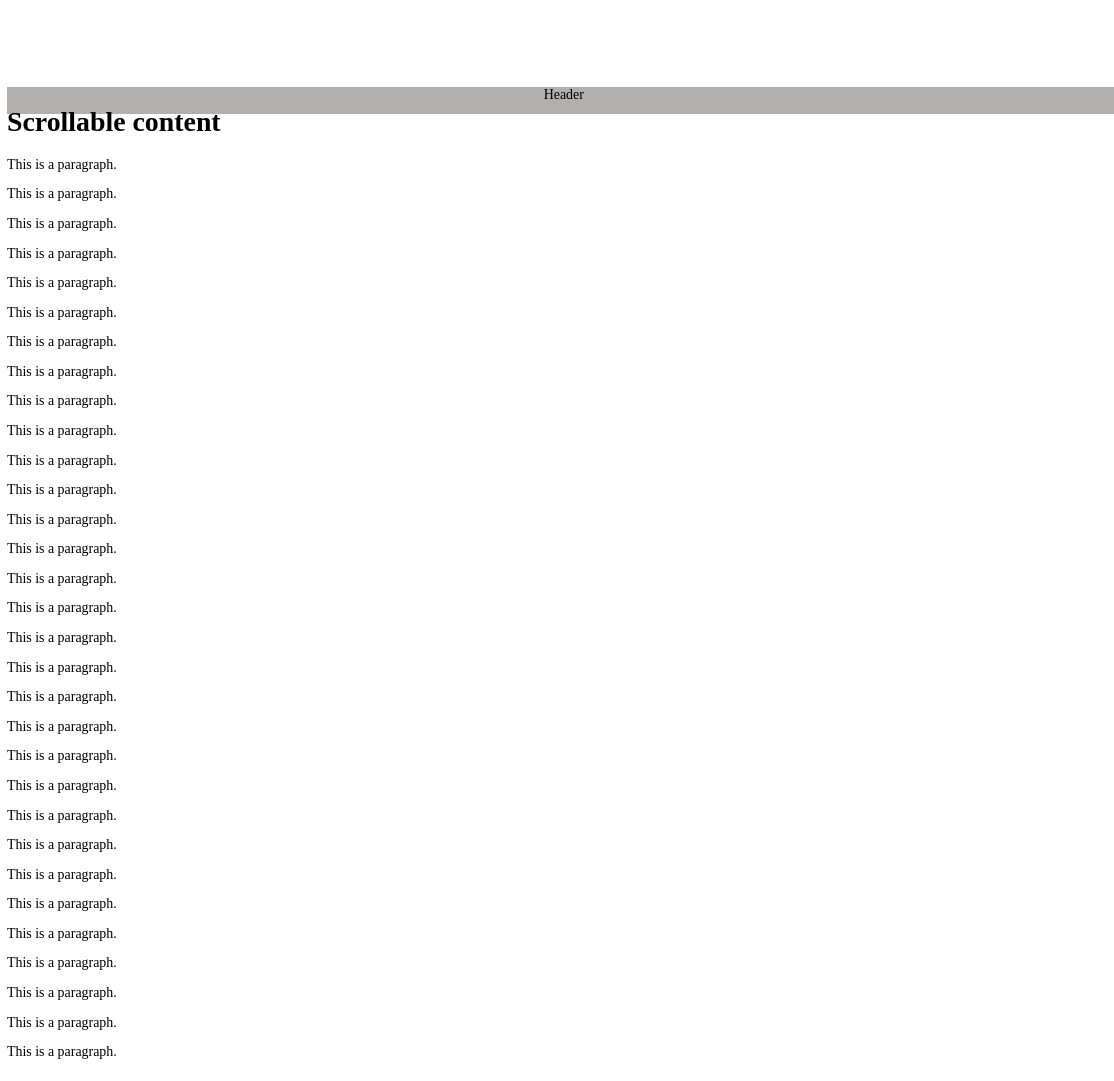
Repository: Sarah7223/internet-programming-tp
Page: TP1/ex9.html
The author's editor kept a copy of each file at every save. The page is drawn from the files as they stood at one save, then again after the next save.
The browser window is 1280 px wide. The pictures show the whole page, at 87% of full size.

Above is the page before, as saved 2022-12-26 16:00:16.

### TP1/ex9.html
<html>
    <head>
        <style>
            .header{
                background-color: rgb(178, 175, 175);
                text-align: center;
                position: fixed;
                height: 30px;
                width: 100%;

            }
            .content{
                margin-top: 100px;
                position: relative;
                overflow-y:scroll;
                overflow-x:hidden;

            }
            /*
            body::-webkit-scrollbar {
                width: 1em;
            }
            body::-webkit-scrollbar-track {
                box-shadow: inset 0 0 6px rgba(0, 0, 0, 0.3);
            }
            body::-webkit-scrollbar-thumb {
                background-color: darkgrey;
                outline: 1px solid slategrey;
            }
        */


        </style>
    </head>
    <body>
        <div class="container">
            <div class="header">
                Header
            </div>
            <div class="content">
                <h1>Scrollable content</h1>
                <p>This is a paragraph.</p>
                <p>This is a paragraph.</p>
                <p>This is a paragraph.</p>
                <p>This is a paragraph.</p>
                <p>This is a paragraph.</p>
                <p>This is a paragraph.</p>
                <p>This is a paragraph.</p>
                <p>This is a paragraph.</p>
                <p>This is a paragraph.</p>
                <p>This is a paragraph.</p>
                <p>This is a paragraph.</p>
                <p>This is a paragraph.</p>
                <p>This is a paragraph.</p>
                <p>This is a paragraph.</p>
                <p>This is a paragraph.</p>
                <p>This is a paragraph.</p>
                <p>This is a paragraph.</p>
                <p>This is a paragraph.</p>
                <p>This is a paragraph.</p>
                <p>This is a paragraph.</p>
                <p>This is a paragraph.</p>
                <p>This is a paragraph.</p>
                <p>This is a paragraph.</p>
                <p>This is a paragraph.</p>
                <p>This is a paragraph.</p>
                <p>This is a paragraph.</p>
                <p>This is a paragraph.</p>
                <p>This is a paragraph.</p>
                <p>This is a paragraph.</p>
                <p>This is a paragraph.</p>
                <p>This is a paragraph.</p>
            </div>
        </div>
    </body>
</html>

After the next save:
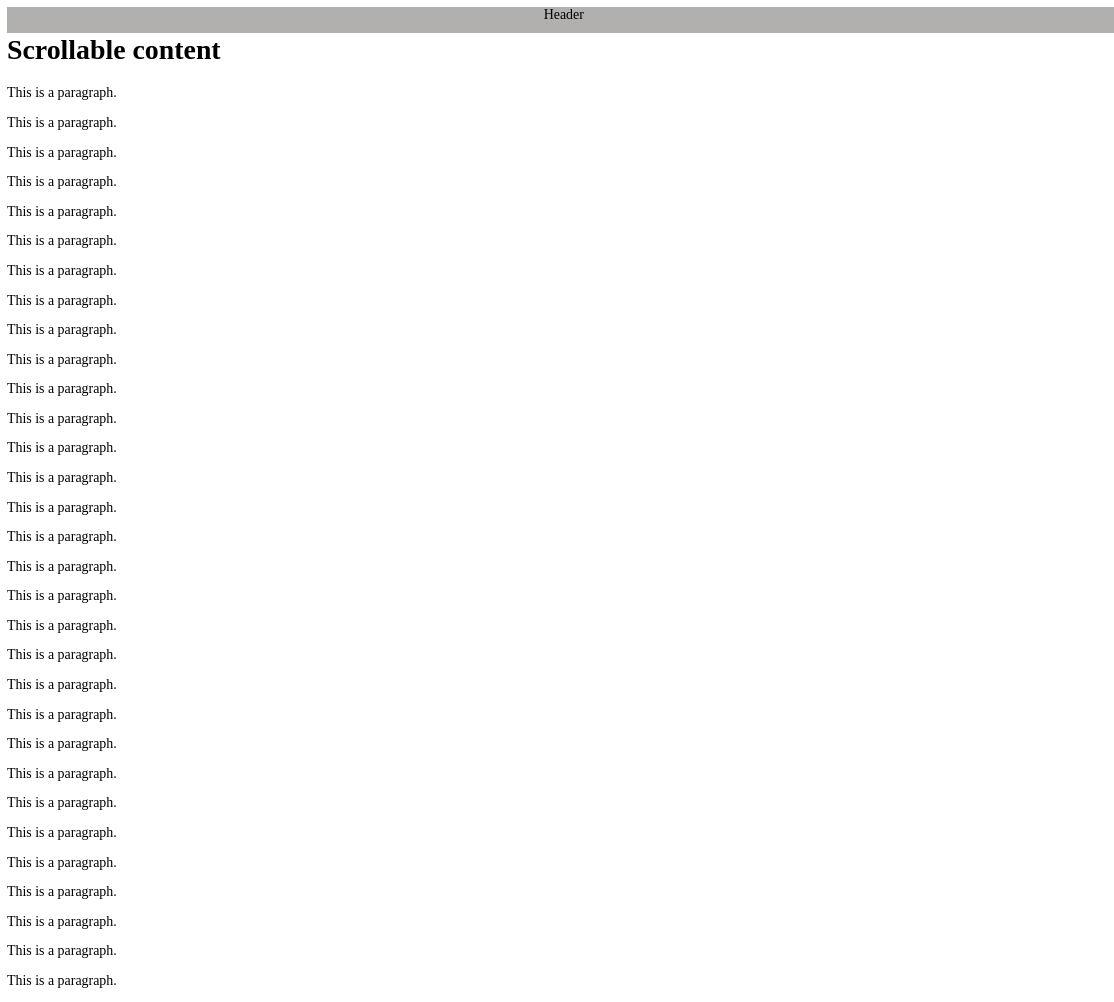
Saved 17 s later.
--- a/TP1/ex9.html
+++ b/TP1/ex9.html
@@ -10,7 +10,7 @@
 
             }
             .content{
-                margin-top: 100px;
+                top:10px;
                 position: relative;
                 overflow-y:scroll;
                 overflow-x:hidden;
